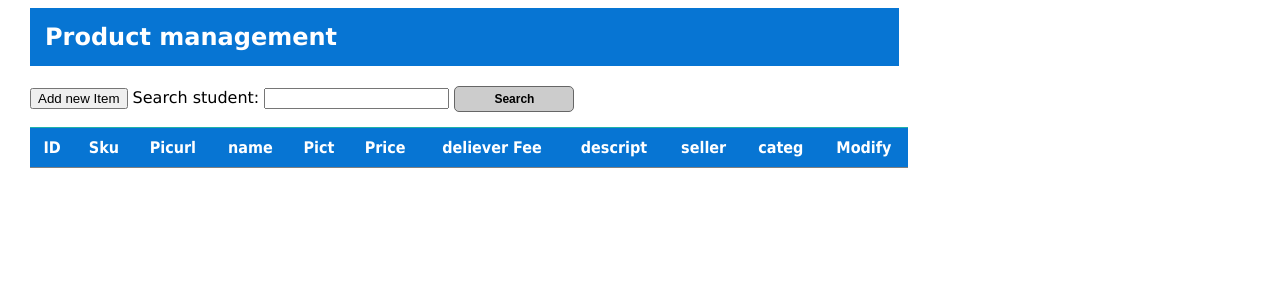
Repository: UnforgivenZZZ/bulldog
Page: http://localhost/bulldog/list-items.jsp
An editor plug-in stored every save of this project. The page is shown before and after the next save, followed by the edit.
The browser window is 1280 px wide. The pictures show the whole page.
The page is served by Tomcat 9. Nobody is signed in. The application's start-up code is not run. The template is opened directly, without the code that normally fills it, so the values that code supplies are empty.

Above is the page before, as saved 2017-07-14 08:34:20.

After the next save:
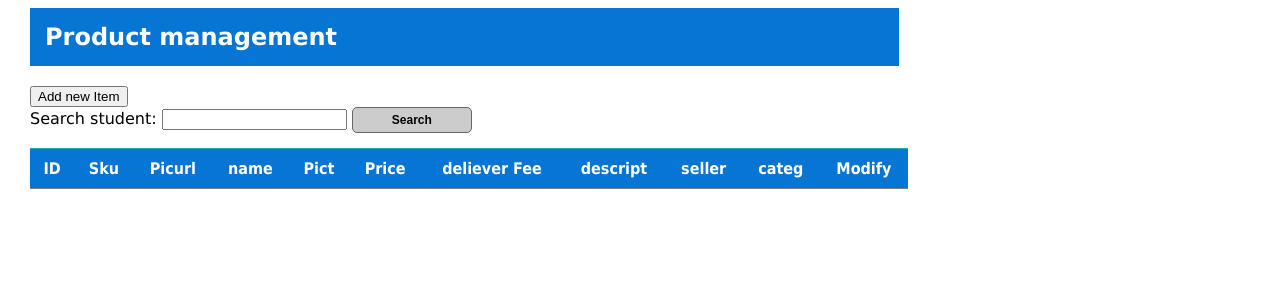
Saved 4 min 12 s later.
--- a/bulldog/WebContent/list-items.jsp
+++ b/bulldog/WebContent/list-items.jsp
@@ -25,11 +25,16 @@
 
 			/>
 
-			  <input type="hidden" name="command" value="SEARCH" />
+			            <!--  add a search box -->
+			<form action="StudentControllerServlet" method="GET">
+
+				<input type="hidden" name="command" value="SEARCH" />
 
                 Search student: <input type="text" name="theSearchName" />
 
                 <input type="submit" value="Search" class="add-student-button" />
+
+            </form>
 
 
 			<!-- id,sku,pic,name,pict,price,delieverFee,descript,seller,categ,postDate  -->
